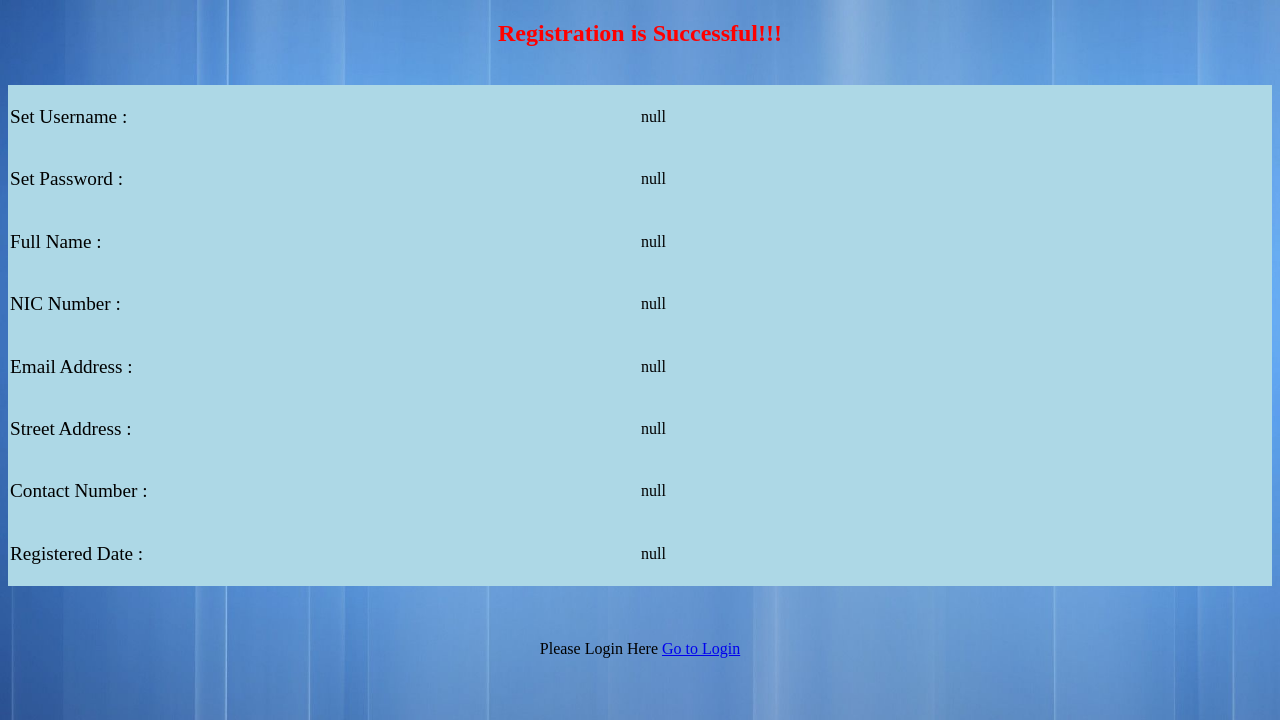
Repository: nirmaniPathiranage/CSSE-Procurement-Management
Page: http://localhost/Item_Management/Welcome.jsp
An editor plug-in stored every save of this project. The page is shown before and after the next save, followed by the edit.
The browser window is 1280 px wide. The pictures show the whole page.
The page is served by Tomcat 9. Other server files are loaded and not shown.

Above is the page before, as saved 2019-09-29 18:41:45.

### Item_Management/WebContent/Welcome.jsp
<%@ page language="java" contentType="text/html; charset=ISO-8859-1"
	pageEncoding="ISO-8859-1"%>
<!DOCTYPE html>
<html>
<head>
<meta http-equiv="Content-Type" content="text/html; charset=ISO-8859-1">
<title>Welcome Registration</title>
<style>
body{

	background:url('back.jpg');
	background-size: cover;
}

td{
	width:30%;
	height:50px;
}

table#nat {
	width: 100%;
	background-color:lightblue;
}
</style>
</head>
<body>
	<h2>
		<center>
			<font color="red">Registration is Successful!!!</font>
		</center>
	</h2>
	<br>
	<%
		String userName = request.getParameter("username");
		String passWord = request.getParameter("password");
		String fullName = request.getParameter("fullname");
		String NICno = request.getParameter("nicno");
		String emailAddress = request.getParameter("emailaddress");
		String streetAddress = request.getParameter("streetaddress");
		String contactNo = request.getParameter("contactno");
		String regDate = request.getParameter("regdate");
	%>
	<table id="nat" align="center" border="0" cellpadding="0" style:width="50%">
		<tr height="0px">
			<td><p style="font-size: larger">Set Username  : </td>
			<td><%=userName%></td>
		</tr>
		<tr height="0px">
			<td><p style="font-size: larger">Set Password  : </td>
			<td><%=passWord%></td>
		</tr>
		<tr height="0px">
			<td><p style="font-size: larger">Full Name  : </td>
			<td><%=fullName%></td>
		</tr>
		<tr height="0px">
			<td><p style="font-size: larger">NIC Number  : </td>
			<td><%=NICno%></td>
		</tr>
		<tr height="0px">
			<td><p style="font-size: larger">Email Address  : </td>
			<td><%=emailAddress%></td>
		</tr>
		<tr height="0px">
			<td><p style="font-size: larger">Street Address  : </td>
			<td><%=streetAddress%></td>
		</tr>
		<tr height="0px">
			<td><p style="font-size: larger">Contact Number  : </td>
			<td><%=contactNo%></td>
		</tr>
		<tr height="0px">
			<td><p style="font-size: larger">Registered Date  : </td>
			<td><%=regDate%></td>
		</tr>
	</table>
	<br>
	<br>
	<br><center>Please Login Here
	<a href='Login.jsp'>Go to Login</a></center>
</body>
</html>

After the next save:
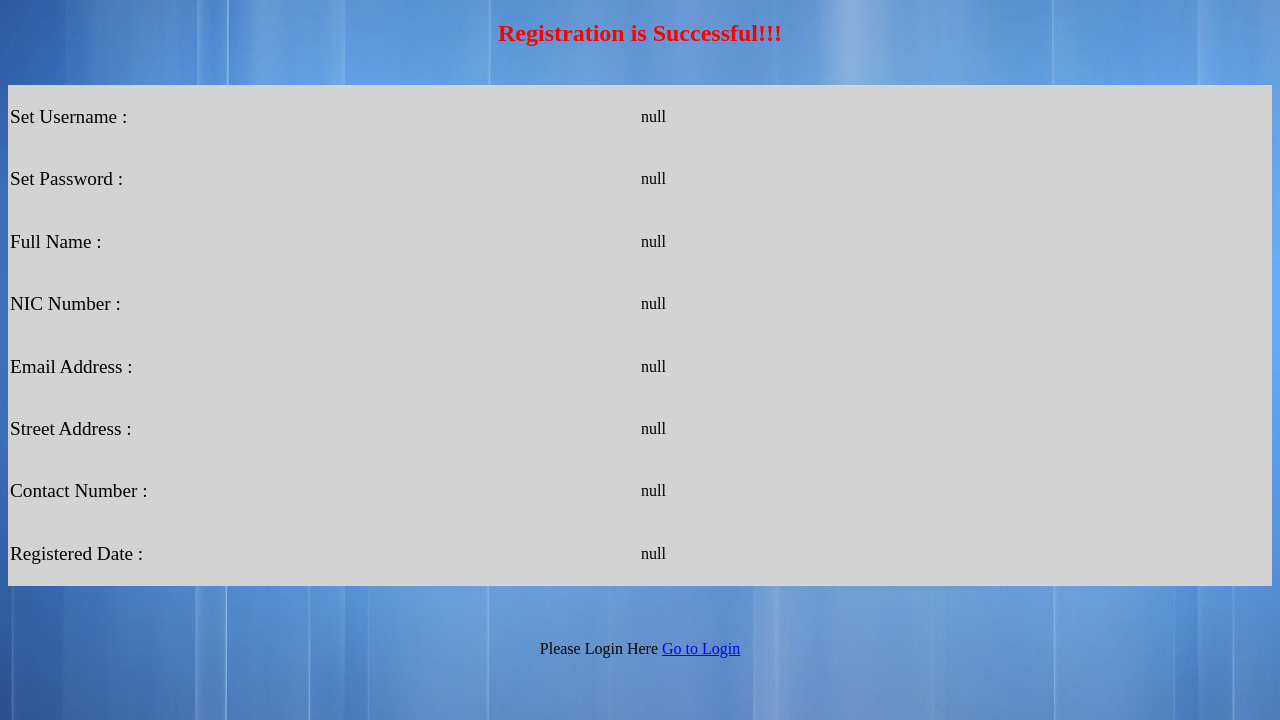
Saved 35 s later.
--- a/Item_Management/WebContent/Welcome.jsp
+++ b/Item_Management/WebContent/Welcome.jsp
@@ -19,7 +19,7 @@ td{
 
 table#nat {
 	width: 100%;
-	background-color:lightblue;
+	background-color:lightgray;
 }
 </style>
 </head>
